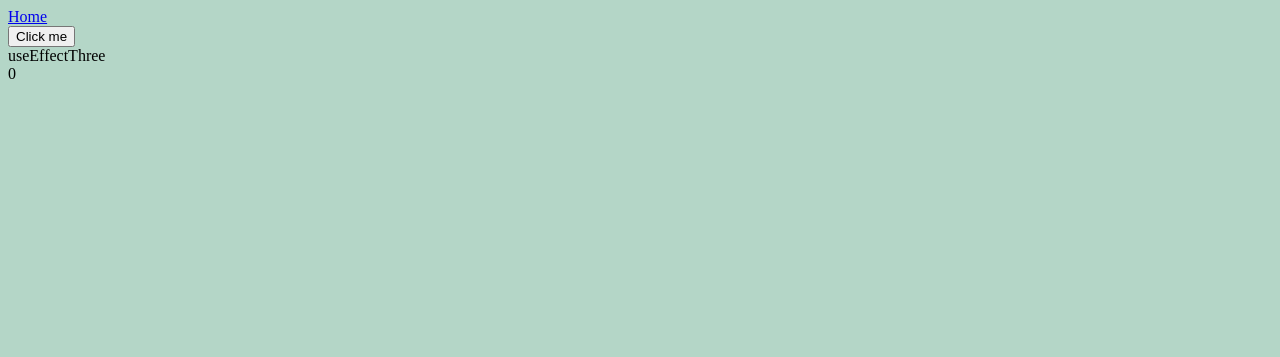
Repository: jennydmcm/useeffect-carousel
Page: /useEffectThree
These files come from the project's save history. The page is drawn as it stood at one moment and after the next save; the edit follows.
The browser window is 1280 px wide. The pictures show the whole page.
The project was rebuilt for these pictures with package versions that can differ from the ones it lists, and the page was loaded fresh each time. The framework's server and built-in components were replaced by stand-ins that run in the browser. Also part of the build but not shown: next.config.js.

Above is the page before, as saved 2023-02-23 19:10:08.

### pages/useEffectThree.js
import Link from "next/link"
import { useEffect, useState } from "react"
import styles from '@/styles/UseEffectThree.module.css'



export default function useEffectThree() {
    const [number, setNumber] = useState(0);

    const [value, setValue] = useState(-10);

    useEffect(() => {
        setValue(value + 10)
    }, [number])

    return (
        <>
            <Link href="/">Home</Link>
            <div>
                <button onClick={() => setNumber(number + 1)}>Click me</button>
            </div>
            <div>
                useEffectThree
            </div>
            <div>
                {value}
            </div>
        </>
    )

}

### styles/globals.css
:root {
    --background-color: #B4D6C7;
    --text-hover: #636363;
}

body {
    background-color: var(--background-color);
}

### styles/UseEffectThree.module.css
.main {
    display: flex;
    flex-direction: column;
    justify-content: center;
    align-items: center;
    padding: 6rem;
    min-height: 50vh;
}

.homelink {
    font-family: Impact, Haettenschweiler, 'Arial Narrow Bold', sans-serif;
    font-size: 5rem;
    color: white;
    text-decoration: none;
    padding: 1rem;
}

.homelink:hover {
    color: var(--text-hover);
}

.title {
    font-family: Arial, Helvetica, sans-serif;
    font-size: 2rem;
    color: var(--text-hover);
    padding: 2rem;
}

.number {
    font-family: Arial, Helvetica, sans-serif;
    font-size: 1.5rem;
    color: white;
    padding: 1rem;
    padding-left: 5rem;
    padding-right: 5rem;
    background-color: var(--text-hover);
    border-radius: 5rem;


}

Loaded but not shown: pages/_app.js (common file); pages/_document.js (common file)

After the next save:
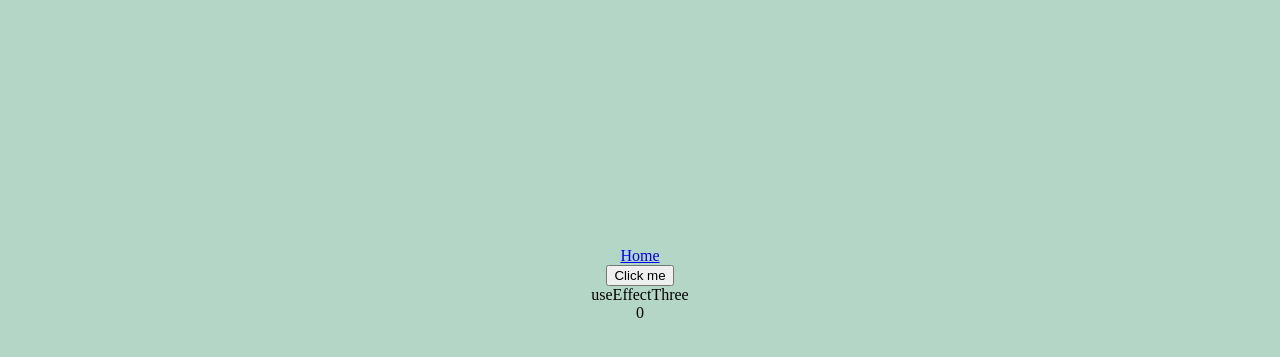
Saved 25 s later.
--- a/pages/useEffectThree.js
+++ b/pages/useEffectThree.js
@@ -15,16 +15,18 @@ export default function useEffectThree() {
 
     return (
         <>
-            <Link href="/">Home</Link>
-            <div>
-                <button onClick={() => setNumber(number + 1)}>Click me</button>
-            </div>
-            <div>
-                useEffectThree
-            </div>
-            <div>
-                {value}
-            </div>
+            <main className={styles.main} >
+                <Link href="/">Home</Link>
+                <div>
+                    <button onClick={() => setNumber(number + 1)}>Click me</button>
+                </div>
+                <div>
+                    useEffectThree
+                </div>
+                <div>
+                    {value}
+                </div>
+            </main>
         </>
     )
 
